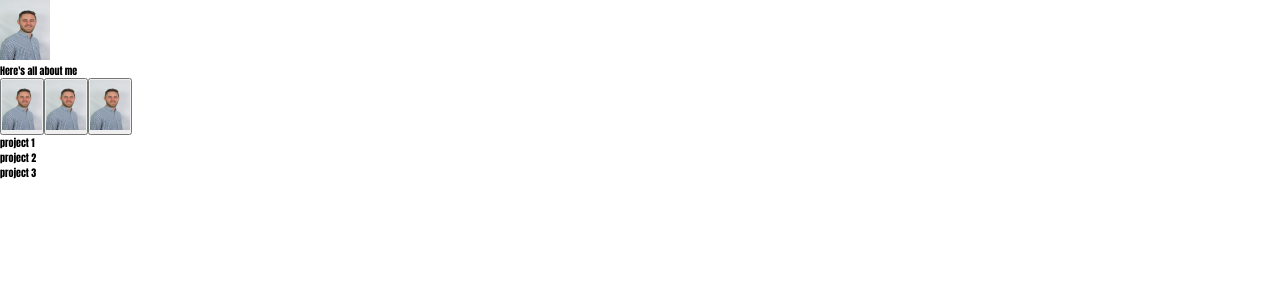
Repository: Kobramall/portfolio-project
Page: /portfolio
The author's editor kept a copy of each file at every save. The page is drawn from the files as they stood at one save, then again after a run of saves.
The browser window is 1280 px wide. The pictures show the whole page.
The project was rebuilt for these pictures with package versions that can differ from the ones it lists, and the page was loaded fresh each time. Also part of the build but not shown: src/App.css, src/componets/Main.jsx. Imported but missing from the stored project, and not drawn on this page: src/assets/Landscape.mov.

Above is the page before, as saved 2022-11-01 15:17:36.

### src/index.css
*{
  margin:0;
  padding: 0;
  font-family: Impact, Haettenschweiler, 'Arial Narrow Bold', sans-serif;
}


.main{
  width: 100%;
  height: 100%;
}

video{
  width: 100%;
  height: 100%;
  object-fit: cover;
}

.content{
  position: absolute;
  width: 100%;
  height: 100%;
  top:0;
  display: flex;
  flex-direction: column;
  justify-content: center;
  align-items: center;
  color: azure;
  font-size: 6px;
}
.content button{
  color:azure;
  background-color: #fff;
  background-color: rgba(255, 255, 255, 0.5);
  font-size: 7px;
  border-color: transparent;
}

.content button:hover{
  background-color: lightblue;
}

.overlay{
  position: absolute;
  top: 0;
  left: 0;
  width: 100%;
  height: 100%;
}

### src/App.js
import './App.css';
import Main from './componets/Main'
import Portfolio from './componets/Portfolio';
import {BrowserRouter as Router, Routes, Route } from "react-router-dom";

function App() {
  return (
    <Router>
      <Routes>
        <Route path="/" element={<Main />} />
        <Route path="/portfolio" element={<Portfolio />} />
       </Routes>
    </Router>
  )
}

export default App;

### src/componets/Portfolio.jsx
import React from'react'
import Img from '../assets/IMG-3147.jpg'
import '../Portfolio.css'


const Portfolio = () =>{
    return(
        <div className='portfolio'>
            <div className='intro'>
               <img src={Img} alt="Profile Picture" width="50" height="60"/>
               <p>Here's all about me</p>
            </div>
            <div className='projectLinks'>
                    <a href="https://github.com/Kobramall" ><button><img src={Img} alt="filler pics" width="40" height="50"/></button></a>
                    <a href="https://github.com/Kobramall" ><button><img src={Img} alt="filler pics" width="40" height="50"/></button></a>
                    <a href="https://github.com/Kobramall" ><button><img src={Img} alt="filler pics" width="40" height="50"/></button></a>
            </div>
            <div className='projectDes'>
                   <p>project 1</p>
                   <p>project 2</p>
                   <p>project 3</p>
            </div>
            <footer>

            </footer>
        </div>
    )
}

export default Portfolio

### src/Portfolio.css
*{
    font-size: 10px;
}

Loaded but not shown: public/index.html (common file); src/index.js (common file); src/reportWebVitals.js (common file)

After the next 2 saves:
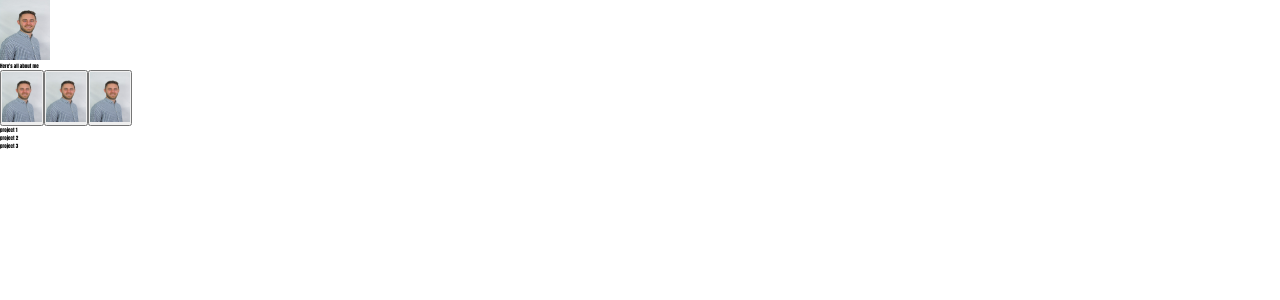
The 2 saves are shown as one change because they came seconds apart.
The last was saved 7 s later.
--- a/src/Portfolio.css
+++ b/src/Portfolio.css
@@ -1,3 +1,3 @@
 *{
-    font-size: 10px;
+    font-size: 5px;
 }
